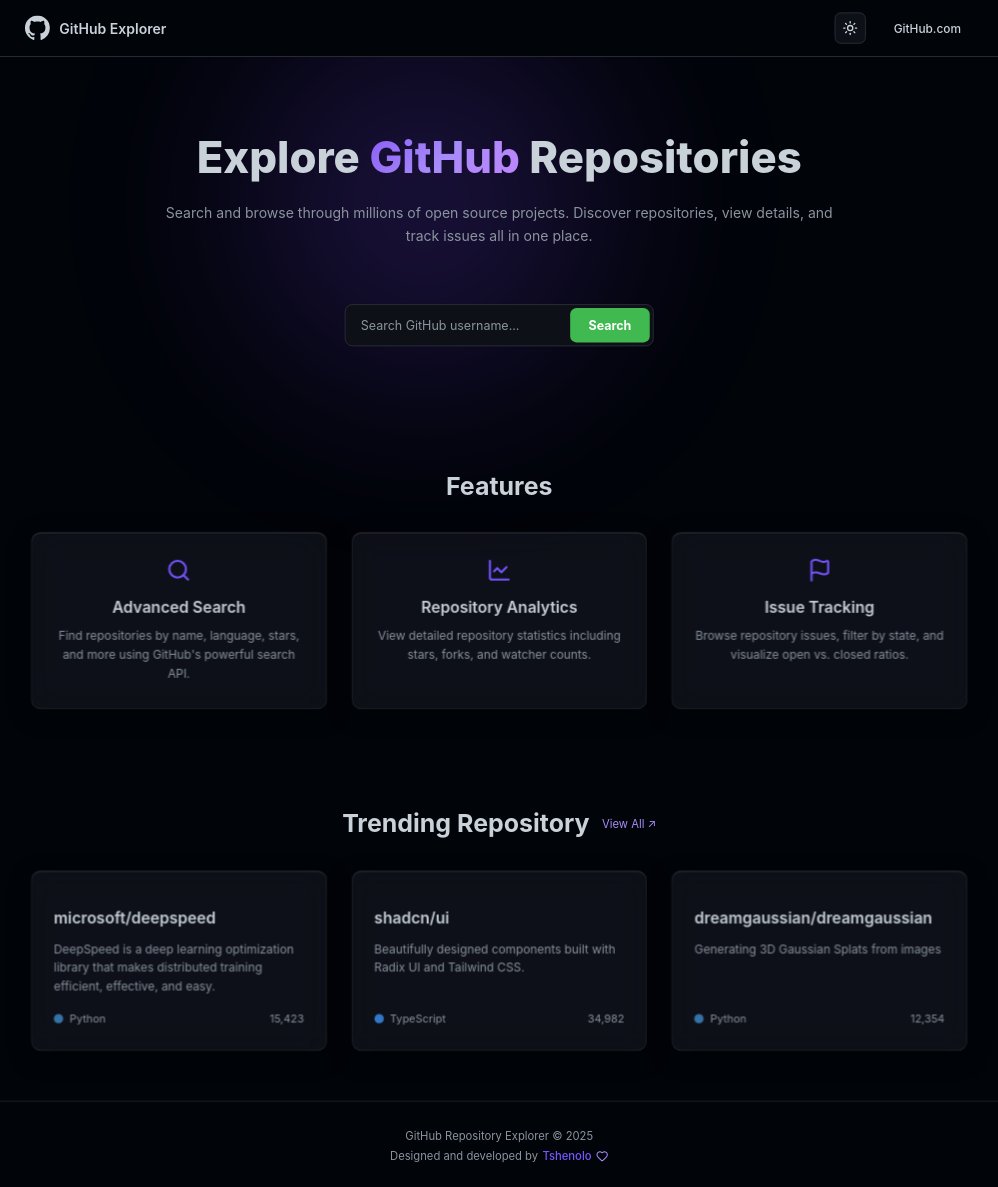
Repository: Tshenolo1994/username-repo
Page: /
The author's editor kept a copy of each file at every save. The page is drawn from the files as they stood at one save, then again after the next save.
The browser window is 1280 px wide. The pictures show the whole page, at 78% of full size.
The project was rebuilt for these pictures with package versions that can differ from the ones it lists, and the page was loaded fresh each time. Also part of the build but not shown: vite.config.ts, src/views/RepoView.vue.

Above is the page before, as saved 2025-10-27 01:51:16.

After the next save:
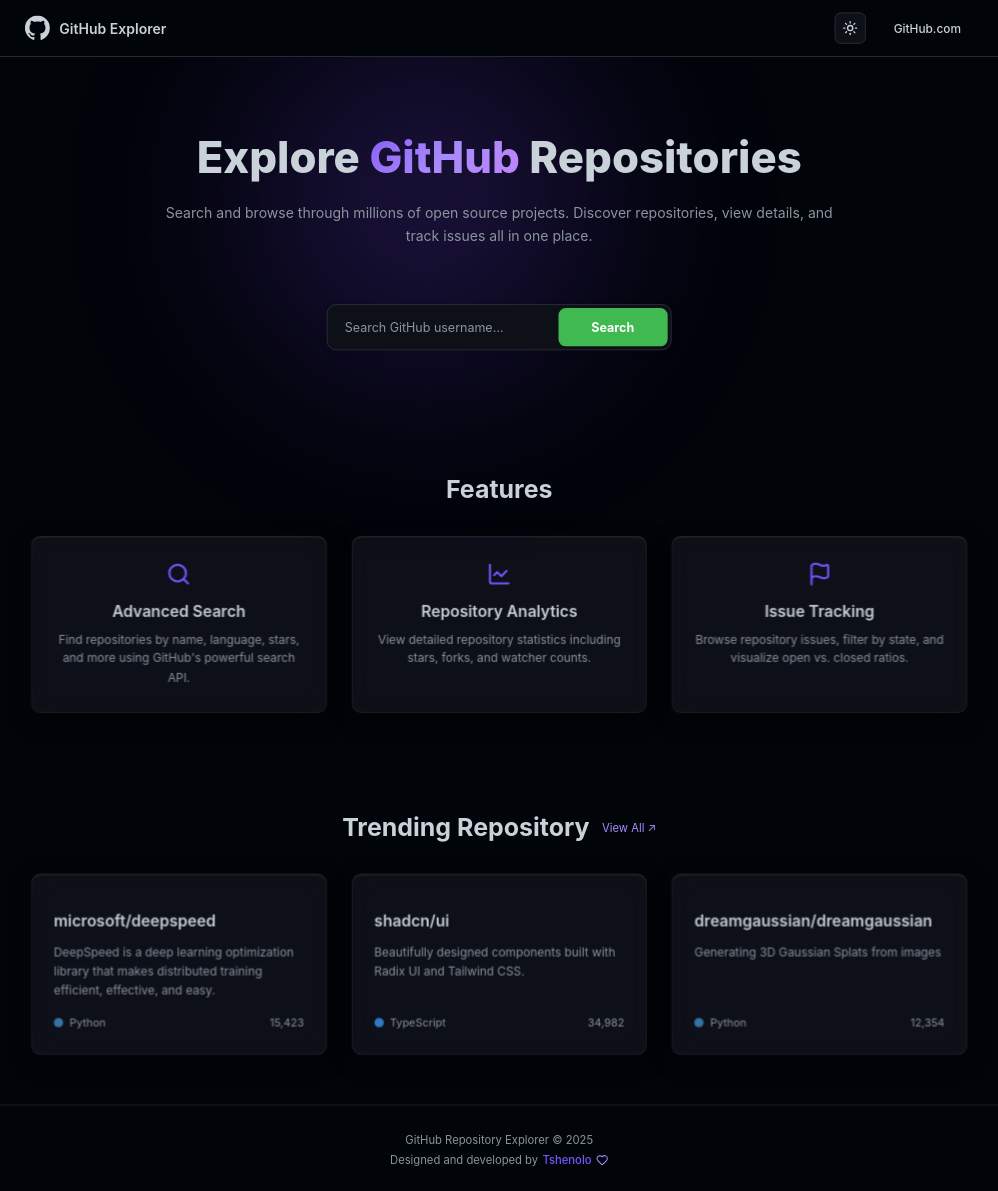
Saved 61 s later.
--- a/src/components/SearchBar.vue
+++ b/src/components/SearchBar.vue
@@ -31,9 +31,8 @@
     <form @submit.prevent="searchUser" class="search__form">
       <input
         v-model="username"
-        placeholder="Search GitHub username..."
+        placeholder="Search GitHub username…"
         class="search__input"
-        :class="{ 'has-error': validationError }"
         required
       />
       <button type="submit" class="search__btn">Search</button>
@@ -43,96 +42,75 @@
 </template>
 
 <style scoped>
+/* Center the bar and let it breathe horizontally */
 .search {
   width: 100%;
   display: flex;
   justify-content: center;
+  padding: 0 1rem;            /* prevents edge clipping on tiny screens */
   margin: 2rem 0;
 }
 
-/* Wide container, dark elevation */
+/* SUPER WIDE: span up to 1280px, no wrap so input can't shrink */
 .search__form {
   display: flex;
   align-items: center;
-  width: 100%;
-  max-width: 900px;
+  gap: 0.5rem;
+  width: min(100%, 1280px);   /* ← wider overall */
   background: var(--bg-elev);
   border: 1px solid var(--border);
-  border-radius: 0.6rem;
+  border-radius: 0.75rem;
   padding: 0.25rem;
-  box-shadow: 0 1px 2px rgba(0, 0, 0, 0.25);
+  box-shadow: 0 2px 10px rgba(0,0,0,0.18);
+  flex-wrap: nowrap;          /* ← do not wrap (prevents input squeeze) */
 }
 
-/* Make input dominate the width */
+/* MAKE INPUT DOMINATE */
 .search__input {
-  flex: 1 1 100%;
-  min-width: 0;
+  flex: 999 1 0;              /* ← huge grow, zero basis */
+  min-width: 0;               /* ← allow flexbox to stretch fully */
   background: transparent;
   border: none;
   color: var(--text);
   font-size: 1rem;
-  padding: 0.75rem 1rem;
-  border-radius: 0.5rem;
+  padding: 0.9rem 1.1rem;
+  border-radius: 0.6rem;
   outline: none;
 }
+.search__input::placeholder { color: var(--muted); }
+.search__input:focus { box-shadow: inset 0 0 0 1px var(--border); }
 
-.search__input::placeholder {
-  color: var(--muted);
-}
-
-.search__input:focus {
-  outline: none;
-  box-shadow: inset 0 0 0 1px var(--border);
-}
-
-/* Keep button compact on the right */
+/* KEEP BUTTON COMPACT */
 .search__btn {
-  flex-shrink: 0;
+  flex: 0 0 auto;             /* ← never grow, never shrink */
+  min-width: 140px;           /* ← fixed feel; adjust if you want smaller */
   background: var(--button-accent);
   color: #fff;
-  padding: 0.75rem 1.5rem;
+  padding: 0.9rem 1.25rem;
   font-weight: 700;
-  border-radius: 0.5rem;
+  border-radius: 0.6rem;
   font-size: 1rem;
   border: none;
   cursor: pointer;
-  margin-left: 0.25rem;
-  transition: background 0.2s ease;
+  transition: filter .15s ease;
 }
+.search__btn:hover { filter: brightness(0.95); }
 
-.search__btn:hover {
-  background: #2ea043;
-}
-
-/* wider on large screens */
-@media (min-width: 1024px) {
-  .search__form {
-    max-width: 1100px;
-  }
-}
-
-/* Mobile stacking for smaller screens */
-@media (max-width: 640px) {
-  .search__form {
-    flex-direction: column;
-    align-items: stretch;
-    padding: 0.5rem;
-  }
-
-  .search__btn {
-    width: 100%;
-    margin-left: 0;
-  }
-}
-
-/* Error state */
+/* Error helper */
 .search__error {
   color: var(--error-text);
   background: var(--error-bg);
-  padding: 0.5rem 0.75rem;
-  border-radius: 0.5rem;
+  padding: 0.55rem 0.8rem;
+  border-radius: 0.6rem;
   font-size: 0.9rem;
-  margin-top: 0.5rem;
+  margin-top: 0.6rem;
+  width: min(100%, 1280px);
   text-align: center;
 }
+
+/* Mobile: stack cleanly */
+@media (max-width: 640px) {
+  .search__form { flex-direction: column; align-items: stretch; padding: 0.5rem; }
+  .search__btn { width: 100%; min-width: 0; }
+}
 </style>
